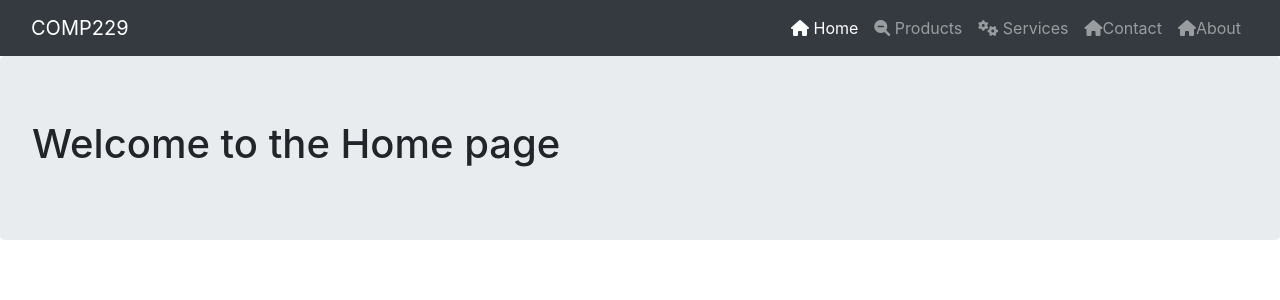
Repository: arsh16/week3_demo2
Page: http://localhost/
An editor plug-in stored every save of this project. The page is shown before and after the next save, followed by the edit.
The browser window is 1280 px wide. The pictures show the whole page.
Some web libraries are served in a nearby version. The page is served by the project's Node server (server.js).

Above is the page before, as saved 2021-09-30 11:46:26.

After the next save:
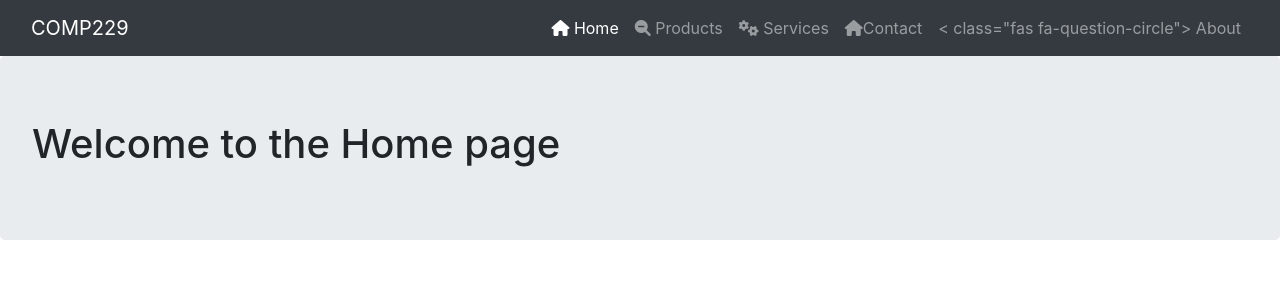
Saved 89 s later.
--- a/views/index.ejs
+++ b/views/index.ejs
@@ -35,23 +35,23 @@
         <ul class="navbar-nav ml-auto mb-2 mb-lg-0">
 
           <li class="nav-item">
-            <a class="nav-link active" aria-current="page" href="/home"><i class="fas fa-home"></i> Home</a>
+            <a class="nav-link active" aria-current="page" href="/home"><i class="fas fa-home"></i> Home </a>
           </li>
 
           <li class="nav-item">
-            <a class="nav-link" href="/products"><i class="fas fa-search-minus"></i> Products</a>
+            <a class="nav-link" href="/products"><i class="fas fa-search-minus"></i> Products </a>
           </li>
 
              <li class="nav-item">
-            <a class="nav-link" href="/services"><i class="fas fa-cogs"></i> Services</a>
+            <a class="nav-link" href="/services"><i class="fas fa-cogs"></i> Services </a>
           </li>
 
              <li class="nav-item">
-            <a class="nav-link" href="/contact"><i class="fas fa-home"></i>Contact</a>
+            <a class="nav-link" href="/contact"><i class="fas fa-home"></i>Contact </a>
           </li>
 
            <li class="nav-item">
-            <a class="nav-link" href="/about"><i class="fas fa-home"></i>About</a>
+            <a class="nav-link" href="/about">< class="fas fa-question-circle"> </i>About </a>
 
 
         </ul>
